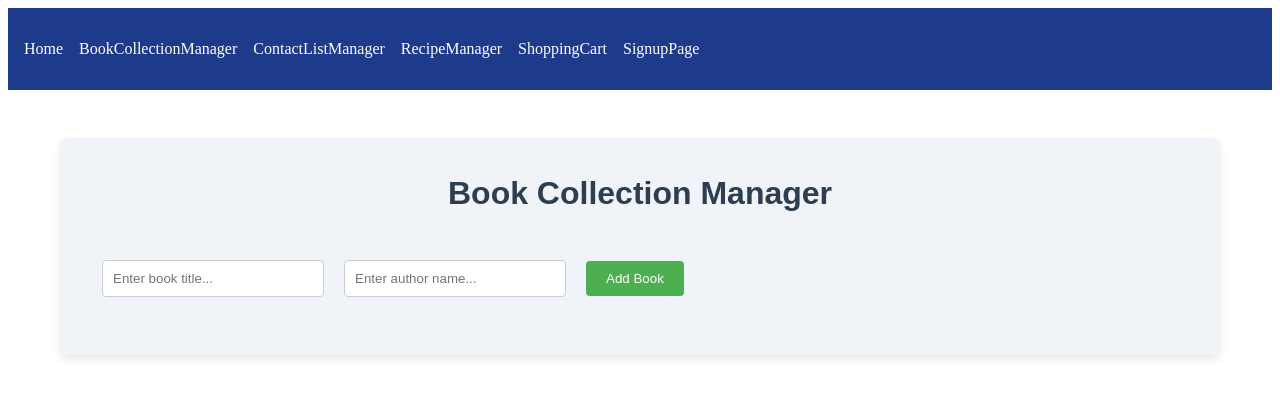
Repository: Miro193/cm1
Page: /#/books
An editor plug-in stored every save of this project. The page is shown before and after a run of saves, followed by the edit.
The browser window is 1280 px wide. The pictures show the whole page.
The project was rebuilt for these pictures with package versions that can differ from the ones it lists, and the page was loaded fresh each time. Also part of the build but not shown: vite.config.js, src/index.css, src/components/Home.jsx, src/components/NotFound.jsx, src/components/ContactListManager/ContactListManager.css, src/components/ContactListManager/ContactListManager.jsx, src/components/RecipeManager/RecipeManager.jsx, src/components/ShoppingCart/ShoppingCart.css and 3 more.

Above is the page before, as saved 2025-02-07 10:56:52.

After the next 2 saves:
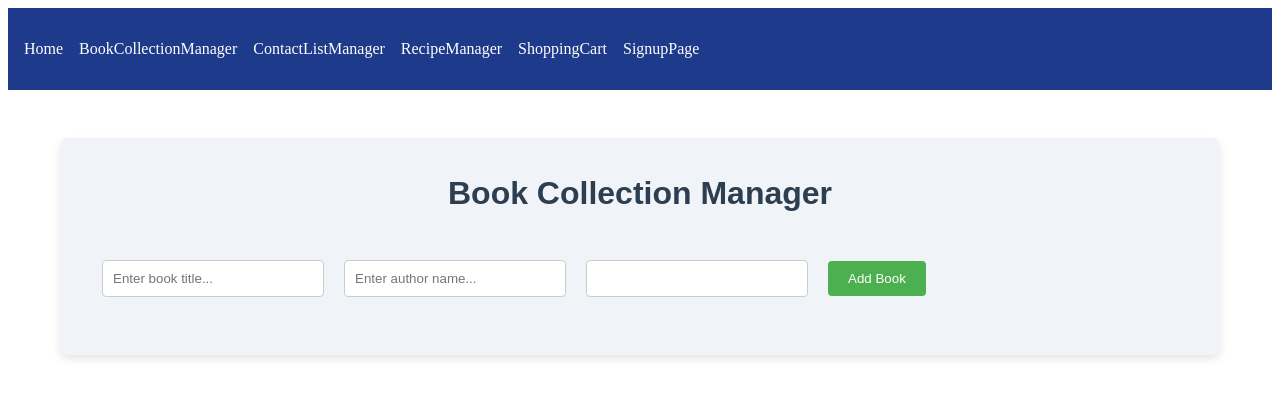
The 2 saves are shown as one change because 1 did not build or start.
The last was saved 11 s later.
--- a/src/components/BookCollectionManager/BookCollectionManager.jsx
+++ b/src/components/BookCollectionManager/BookCollectionManager.jsx
@@ -52,7 +52,7 @@ function BookCollectionManager() {
           value={author}
           onChange={handleAuthorChange}
         />
-
+        <input />
         <button onClick={addBook}>Add Book</button>
       </div>
       <ol>
